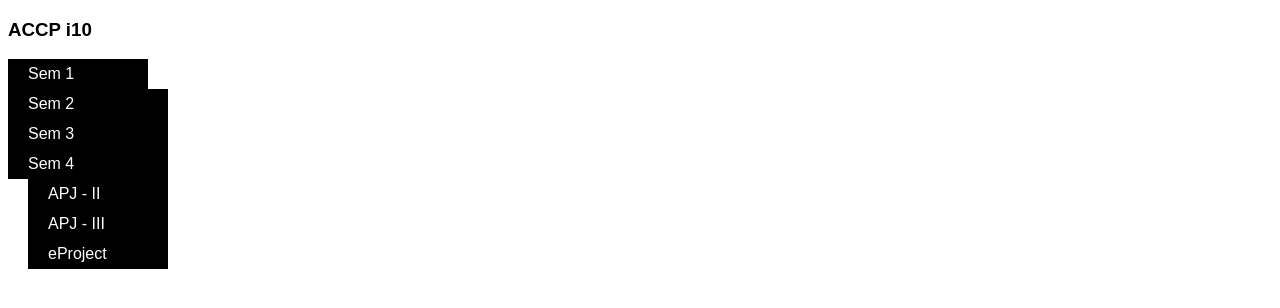
Repository: congle98/CSS_MenuDocCoBan
Page: index.html
The author's editor kept a copy of each file at every save. The page is drawn from the files as they stood at one save, then again after the next save.
The browser window is 1280 px wide. The pictures show the whole page.
The pointer rests on the first visible `#menu li`.

Above is the page before, as saved 2021-05-26 14:43:34.

After the next save:
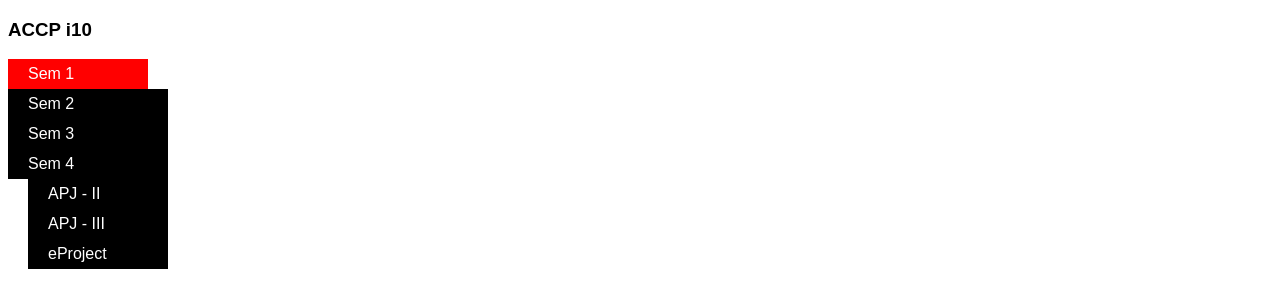
Saved 18 s later.
--- a/style.css
+++ b/style.css
@@ -19,3 +19,6 @@ body{
     text-decoration:none;
     color: white;
 }
+#menu li:hover{
+    background-color:red;
+}
